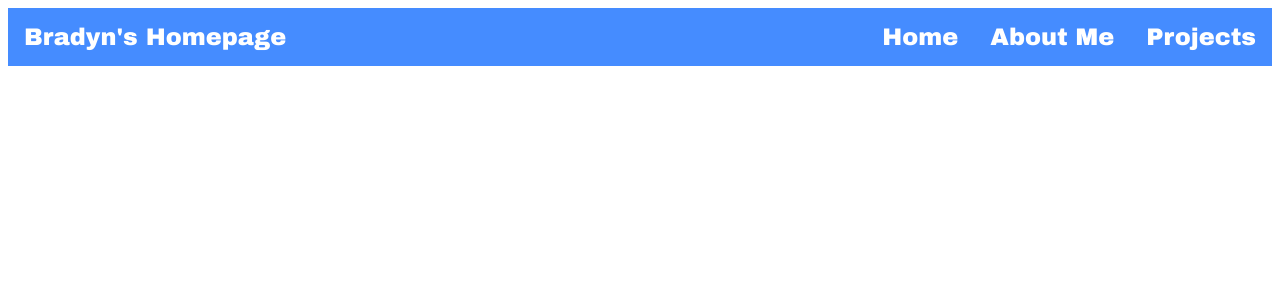
Repository: br4y/br4y.github.io
Page: about.html
The author's editor kept a record of every edit. The page is drawn from the files as they stood at one moment, then again after the next edit.
The browser window is 1280 px wide. The pictures show the whole page.

Above is the page before.

After the next edit:
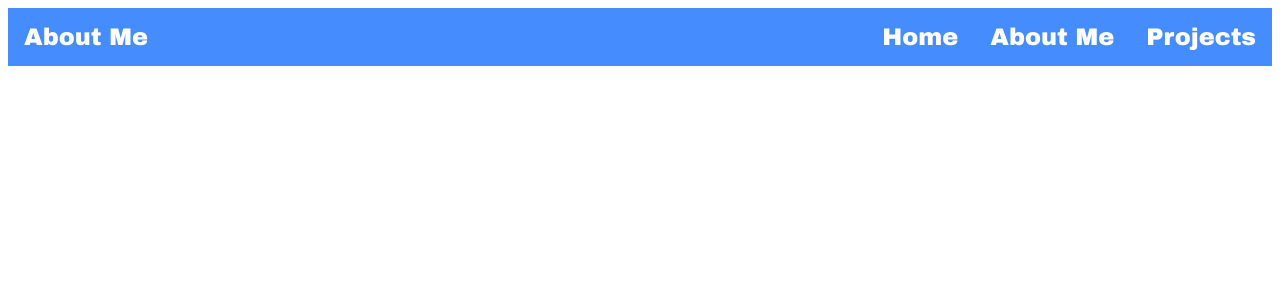
The edit:
--- a/about.html
+++ b/about.html
@@ -3,7 +3,7 @@
 <html>
     <head>
         <div class="navbar">
-        <a>Bradyn's Homepage</a>
+        <a>About Me</a>
         <div class="links">
           <a href="index.html">Home</a>
           <a href="about.html">About Me</a>
